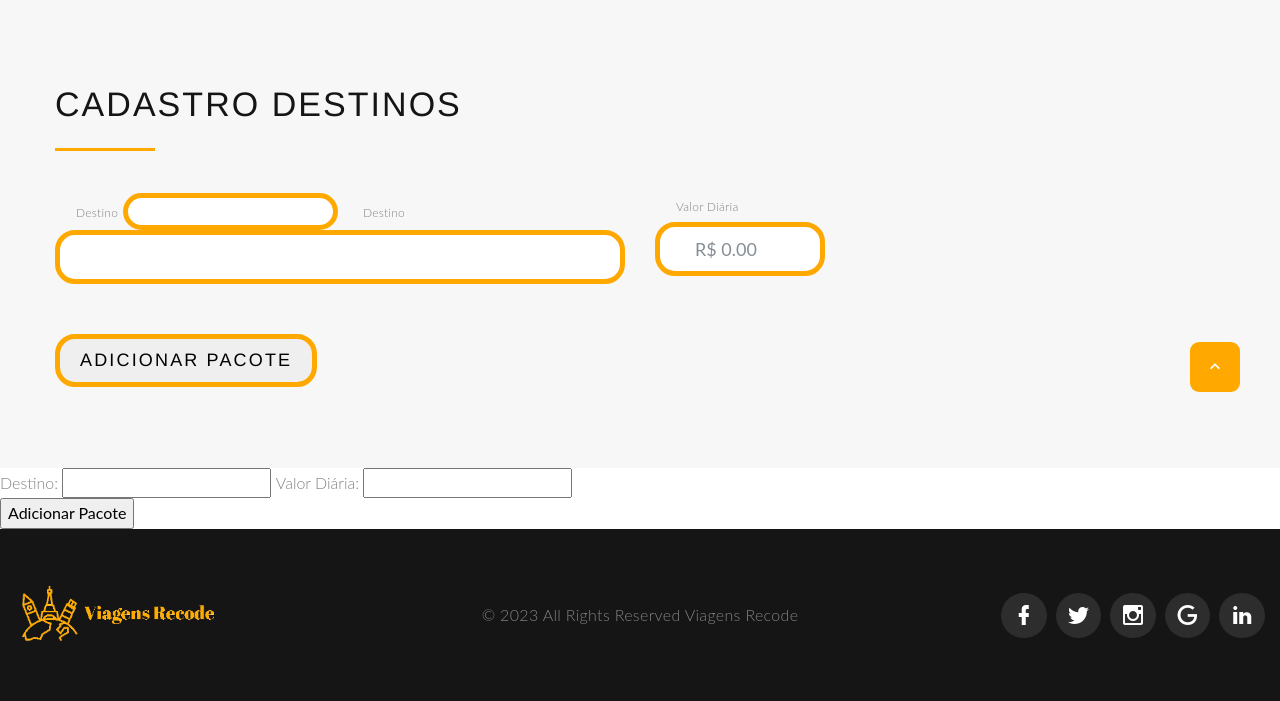
Repository: LiraS23/RecodePro2023-Modulo-4
Page: java/Modulo4/src/main/webapp/destinos.html
These files come from the project's save history. The page is drawn as it stood at one moment and after the next save; the edit follows.
The browser window is 1280 px wide. The pictures show the part of the page from y = 388 to 1165 px (the page is 1089 px tall before and 1165 px after).
Some web fonts or font styles are not loaded; a fallback is used.

Above is the page before, as saved 2023-10-28 16:25:29.

### java/Modulo4/src/main/webapp/destinos.html
<!DOCTYPE html>
<html lang="pt-br">

<head>
	<meta charset="UTF-8">
	<meta name="viewport" content="width=device-width, initial-scale=1.0">
	<title>Destinos</title>
	<link rel="icon" href="assets/images/favicon.ico" type="image/x-icon">
	<!-- Stylesheets -->
	<link rel="stylesheet" type="text/css"
		href="assets/fonts.googleapis.com/css?family=Oswald:200,400%7CLato:300,400,300italic,700%7CMontserrat:900">
	<link rel="stylesheet" href="assets/css/bootstrap.css">
	<link rel="stylesheet" href="assets/css/style.css">
	<link rel="stylesheet" href="assets/css/fonts.css">
</head>

<body>
	<div class="page">
		<header class="section page-header breadcrumbs-custom-wrap bg-gradient bg-secondary-2 novi-background bg-cover">
			<!-- RD Navbar-->
			<div class="rd-navbar-wrap rd-navbar-default">
				<nav class="rd-navbar rd-navbar-expand-lg rd-navbar-light custom-navbar" style="z-index: 1000;"
					data-layout="rd-navbar-fixed" data-sm-layout="rd-navbar-fixed" data-md-layout="rd-navbar-fixed"
					data-md-device-layout="rd-navbar-fixed" data-lg-layout="rd-navbar-fullwidth"
					data-xl-layout="rd-navbar-static" data-lg-device-layout="rd-navbar-fixed"
					data-xl-device-layout="rd-navbar-static" data-md-stick-up-offset="2px" data-lg-stick-up-offset="2px"
					data-stick-up="true" data-sm-stick-up="true" data-md-stick-up="true" data-lg-stick-up="true"
					data-xl-stick-up="true">
					<div class="rd-navbar-inner">
						<!-- RD Navbar Panel-->
						<div class="rd-navbar-panel">
							<!-- RD Navbar Toggle-->
							<button class="rd-navbar-toggle"
								data-rd-navbar-toggle=".rd-navbar-nav-wrap"><span></span></button>
							<!-- RD Navbar Brand-->
							<div class="rd-navbar-brand"><a class="brand-name" href="index.html"><img
										class="logo-default" src="assets/images/logo-default-208x46.png" alt=""
										width="208" height="46" /><img class="logo-inverse"
										src="assets/images/logo-inverse-208x46.png" alt="" width="208"
										height="46" /></a></div>
						</div>
						<div class="rd-navbar-aside-right">
							<div class="rd-navbar-nav-wrap">
								<!-- RD Navbar Nav-->
								<ul class="rd-navbar-nav">
									<li><a href="index.html">Home</a>
									</li>
									<li class="active"><a href="destinos.html">Destinos</a>
									</li>
									<li><a href="promocoes.html">Promoções</a>
									</li>
									<li><a href="contato.html">Contato</a>
									</li>
									<li><a href="cliente.html">Cliente</a>
									</li>
								</ul>
							</div>
						</div>
						<div class="rd-navbar-aside-right"><a class="button button-sm button-secondary button-nina"
								href="pedidos.html">Reserve um passeio agora</a></div>
					</div>
				</nav>
			</div>
			<!-- Breadcrumbs-->
			<section class="breadcrumbs-custom"
				style="background: url(&quot;https://png.pngtree.com/thumb_back/fw800/back_pic/03/93/99/8257e7bbd63b3ff.jpg&quot;); background-size: cover;">
				<div class="container">
					<p class="breadcrumbs-custom-subtitle">Encontre seu proximo destino!</p>
					<p class="heading-1 breadcrumbs-custom-title">Destinos</p>
				</div>
			</section>
		</header>

		<!-- Cadastro destinos-->
		<section class="section section-wrap bg-gray-lighter novi-background bg-cover">
			<div class="section-wrap-inner">
				<div class="container container-bigger">
					<div class="row">
						<div class="col">
							<div class="section section-lg">
								<h3>Cadastro destinos</h3>
								<hr class="divider divider-left divider-secondary">
								<!-- RD Mailform-->
								<form class="rd-mailform" data-form-output="form-output-global"
									data-form-type="cadastro" method="post" action="/Modulo4/MeuPacoteServlet">
									<input type="hidden" name="action" value="adicionar">
									<div class="row row-fix row-20">
										<div class="col-md-6">
											<div class="form-wrap form-wrap-validation">
												<label class="form-label-outside" for="destino">Destino</label>
												<input style="border: 5px solid #FFA900; border-radius: 20px;"
													id="destino" type="text" name="destino" required>
												<label class="form-label-outside" for="destino">Destino</label>
												<input class="form-control"
													style="border: 5px solid #FFA900; border-radius: 20px;" id="destino"
													type="text" name="destino" data-constraints="@Required" />
											</div>
										</div>
										<div class="col-md-2">
											<div class "form-wrap form-wrap-validation">
												<label class="form-label-outside" for="valorDiaria">Valor Diária</label>
												<input class="form-control"
													style="border: 5px solid #FFA900; border-radius: 20px;"
													id="valorDiaria" type="text" name="valorDiaria"
													data-constraints="@Required" placeholder="R$ 0.00" />
											</div>
										</div>
										<div class="col-sm-12 offset-custom-1">
											<div class="form-button">
												<input class="btn btn-secondary"
													style="border: 5px solid #FFA900; border-radius: 20px;"
													type="submit" value="Adicionar Pacote"></input>
											</div>
										</div>
									</div>
								</form>
							</div>
						</div>
					</div>
				</div>
			</div>
		</section>

		<form action="/Modulo4/MeuPacoteServlet" method="post">
			<input type="hidden" name="action" value="adicionar">
			<label for="destino">Destino:</label>
			<input type="text" name="destino" required>
			<label for="valorDiaria">Valor Diária:</label>
			<input type="text" name="valorDiaria" required><br>
			<input type="submit" value="Adicionar Pacote">
		</form>

		<!-- Footer Minimal-->
		<footer class="section page-footer page-footer-minimal novi-background bg-cover text-center bg-gray-darker">
			<div class="container container-wide">
				<div class="row row-fix justify-content-sm-center align-items-md-center row-30">
					<div class="col-md-10 col-lg-7 col-xl-4 text-xl-left"><a href="index.html"><img class="inverse-logo"
								src="assets/images/logo-inverse-208x46.png" alt="" width="208" height="46" /></a></div>
					<div class="col-md-10 col-lg-7 col-xl-4">
						<p class="right">&#169;&nbsp;<span class="copyright-year"></span> All Rights Reserved Viagens
							Recode
						</p>
					</div>
					<div class="col-md-10 col-lg-7 col-xl-4 text-xl-right">
						<ul class="group-xs group-middle">
							<li><a class="icon novi-icon icon-md-middle icon-circle icon-secondary-5-filled mdi mdi-facebook"
									href="#"></a></li>
							<li><a class="icon novi-icon icon-md-middle icon-circle icon-secondary-5-filled mdi mdi-twitter"
									href="#"></a></li>
							<li><a class="icon novi-icon icon-md-middle icon-circle icon-secondary-5-filled mdi mdi-instagram"
									href="#"></a></li>
							<li><a class="icon novi-icon icon-md-middle icon-circle icon-secondary-5-filled mdi mdi-google"
									href="#"></a></li>
							<li><a class="icon novi-icon icon-md-middle icon-circle icon-secondary-5-filled mdi mdi-linkedin"
									href="#"></a></li>
						</ul>
					</div>
				</div>
			</div>
		</footer>
	</div>

	<!-- Global Mailform Output-->
	<div class="snackbars" id="form-output-global"> </div>
	<!-- Javascript-->
	<script src="assets/js/core.min.js"></script>
	<script src="assets/js/script.js"></script>

</body>

</html>

Loaded but not shown: java/Modulo4/src/main/webapp/assets/css/bootstrap.css (library); java/Modulo4/src/main/webapp/assets/css/style.css (library); java/Modulo4/src/main/webapp/assets/css/fonts.css (library); java/Modulo4/src/main/webapp/assets/js/core.min.js (library); java/Modulo4/src/main/webapp/assets/js/script.js (1496 lines, source omitted)

After the next save:
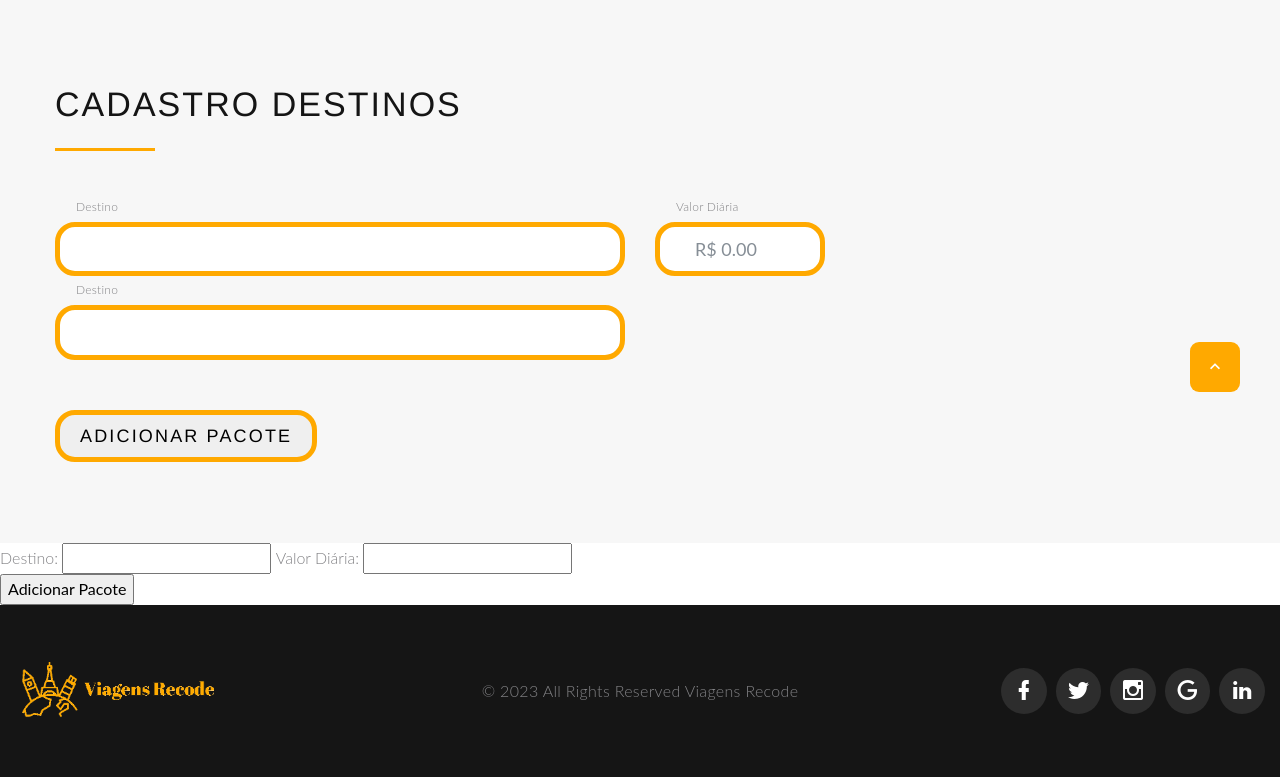
Saved 21 s later.
--- a/java/Modulo4/src/main/webapp/destinos.html
+++ b/java/Modulo4/src/main/webapp/destinos.html
@@ -88,7 +88,7 @@
 										<div class="col-md-6">
 											<div class="form-wrap form-wrap-validation">
 												<label class="form-label-outside" for="destino">Destino</label>
-												<input style="border: 5px solid #FFA900; border-radius: 20px;"
+												<input class="form-control" style="border: 5px solid #FFA900; border-radius: 20px;"
 													id="destino" type="text" name="destino" required>
 												<label class="form-label-outside" for="destino">Destino</label>
 												<input class="form-control"
